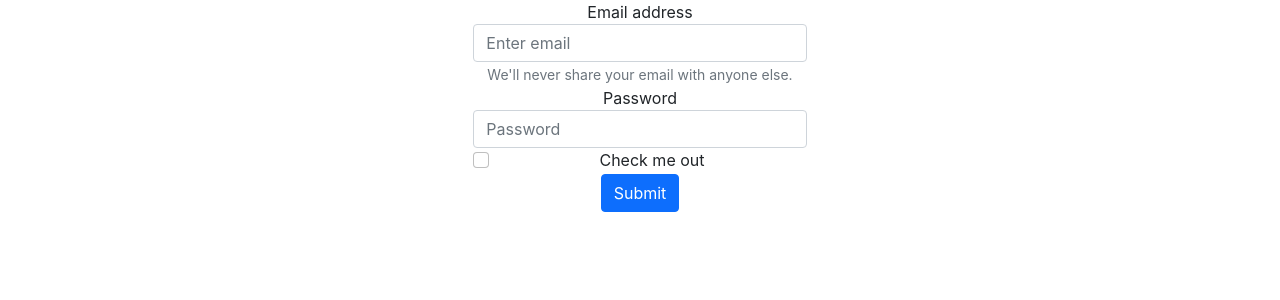
Repository: Osomhe1/bitmama2
Page: /
An editor plug-in stored every save of this project. The page is shown before and after the next save, followed by the edit.
The browser window is 1280 px wide. The pictures show the whole page.
The project was rebuilt for these pictures with package versions that can differ from the ones it lists, and the page was loaded fresh each time.

Above is the page before, as saved 2022-05-08 19:52:25.

### src/App.js
import './App.css';
import Login from './component/Login';

function App() {
  return (
    <div className="App">

      <Login />

    </div>
  );
}

export default App;

### src/App.css
.App {
  text-align: center;
  max-width: 1000px;
  margin: auto;
}

### src/component/Login.js
import React from 'react'

export default function Login() {
  return (
    <div className='col-sm-12 col-md-6 col-lg-4 m-5 m-auto bg-' >
        <form>
  <div className="form-group">
    <label for="exampleInputEmail1">Email address</label>
    <input type="email" className="form-control" id="exampleInputEmail1" aria-describedby="emailHelp" placeholder="Enter email" />
    <small id="emailHelp" className="form-text text-muted">We'll never share your email with anyone else.</small>
  </div>
  <div className="form-group">
    <label for="exampleInputPassword1">Password</label>
    <input type="password" className="form-control" id="exampleInputPassword1" placeholder="Password" />
  </div>
  <div className="form-check">
    <input type="checkbox" className="form-check-input" id="exampleCheck1" />
    <label className="form-check-label" for="exampleCheck1">Check me out</label>
  </div>
  <button type="submit" className="btn btn-primary">Submit</button>
</form>
    </div>
  )
}

Loaded but not shown: public/index.html (common file); src/index.js (common file); src/index.css (common file); src/reportWebVitals.js (common file)

After the next save:
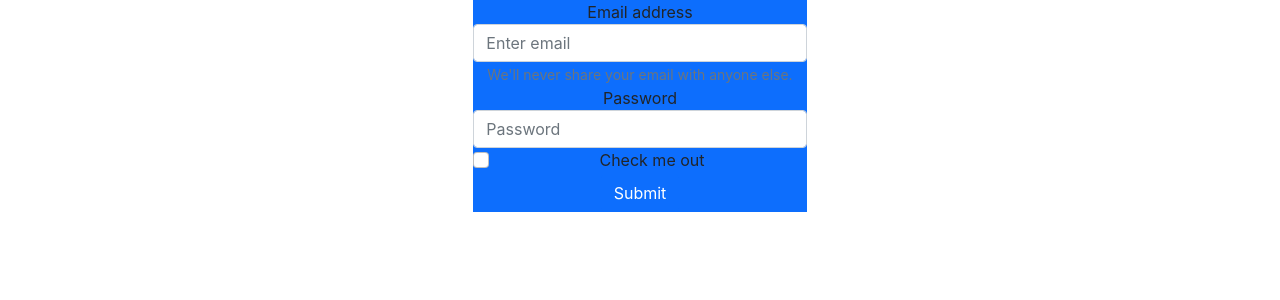
Saved 28 s later.
--- a/src/component/Login.js
+++ b/src/component/Login.js
@@ -2,7 +2,7 @@ import React from 'react'
 
 export default function Login() {
   return (
-    <div className='col-sm-12 col-md-6 col-lg-4 m-5 m-auto bg-' >
+    <div className='col-sm-12 col-md-6 col-lg-4 m-5 m-auto bg-primary' >
         <form>
   <div className="form-group">
     <label for="exampleInputEmail1">Email address</label>
